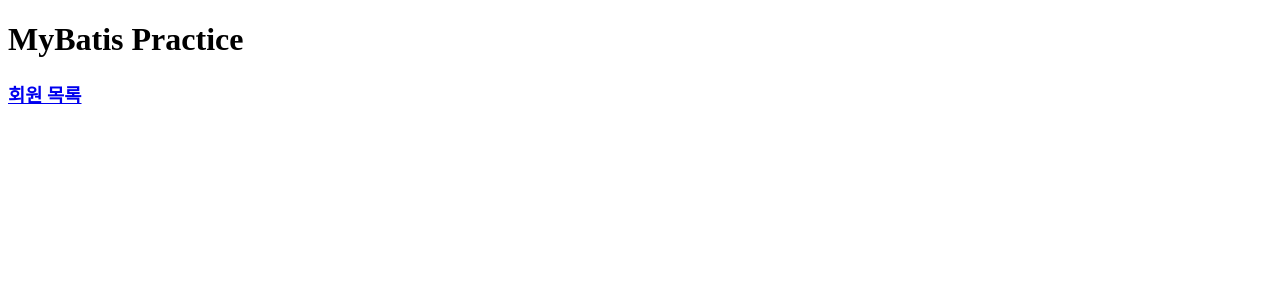
Repository: jangjaeyeong/Spring
Page: 02_myBatis/src/main/resources/static/index.html
The author's editor kept a copy of each file at every save. The page is drawn from the files as they stood at one save, then again after the next save.
The browser window is 1280 px wide. The pictures show the whole page.

Above is the page before, as saved 2026-08-07 03:07:54.

After the next save:
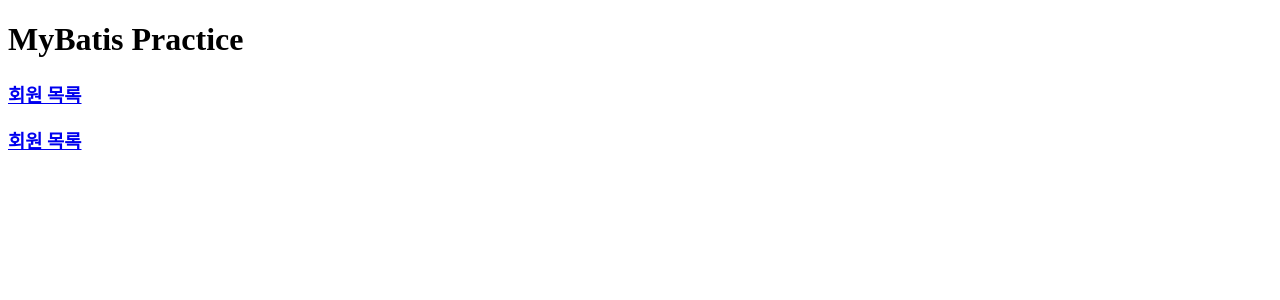
Saved 21 s later.
--- a/02_myBatis/src/main/resources/static/index.html
+++ b/02_myBatis/src/main/resources/static/index.html
@@ -13,5 +13,6 @@
         => 브라우저에서 URL로 직접 접근이 가능!
     -->
     <h3><a href="/member/list">회원 목록</a></h3>
+	<h3><a href="/member/insertForm">회원 목록</a></h3>
 </body>
 </html>
